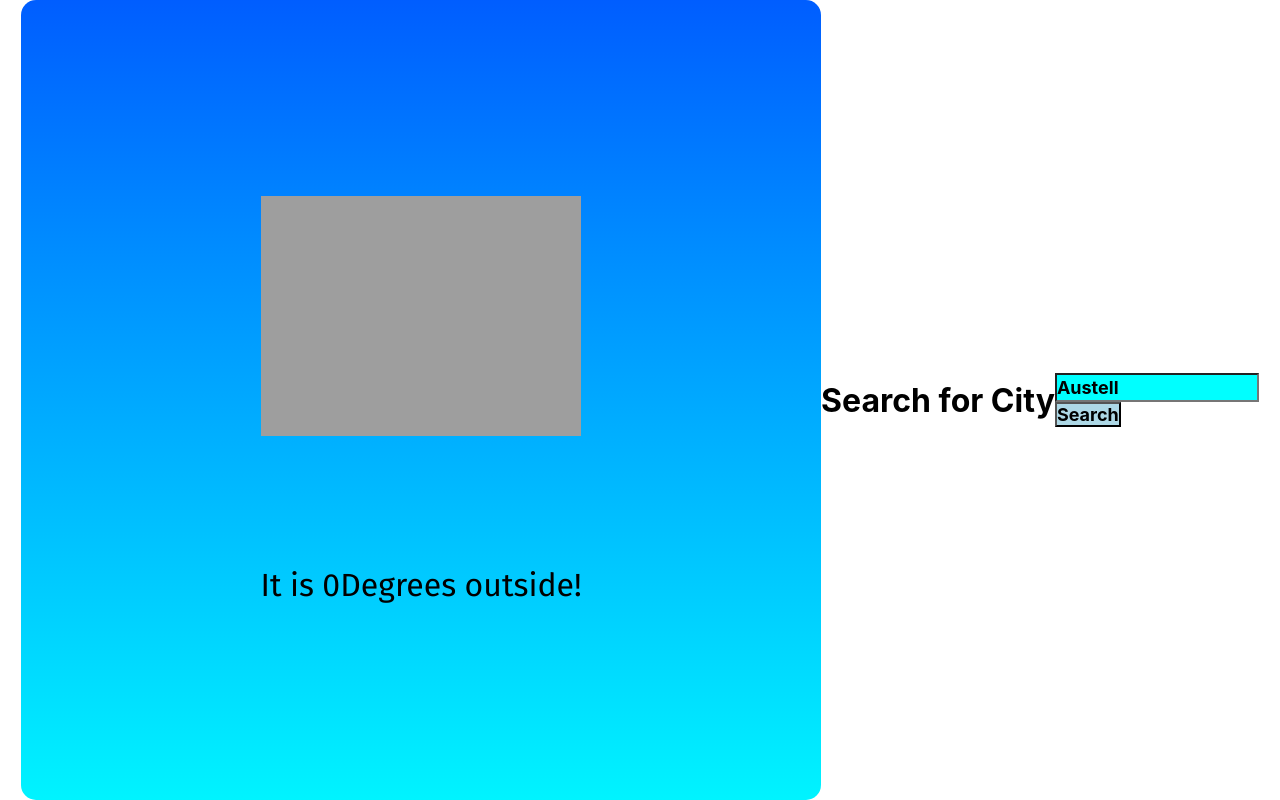
Repository: sayrilamar/chumsweatherapp
Page: /
These files come from the project's save history. The page is drawn as it stood at one moment and after the next save; the edit follows.
The browser window is 1280 px wide. The pictures show the whole page.
Pictures or frames that could not be fetched are drawn as grey boxes. The page's requests for data from a server got no answer. The project was rebuilt for these pictures with package versions that can differ from the ones it lists, and the page was loaded fresh each time. No one was signed in, and anything a server would have sent is missing.

Above is the page before, as saved 2020-04-19 08:26:50.

After the next save:
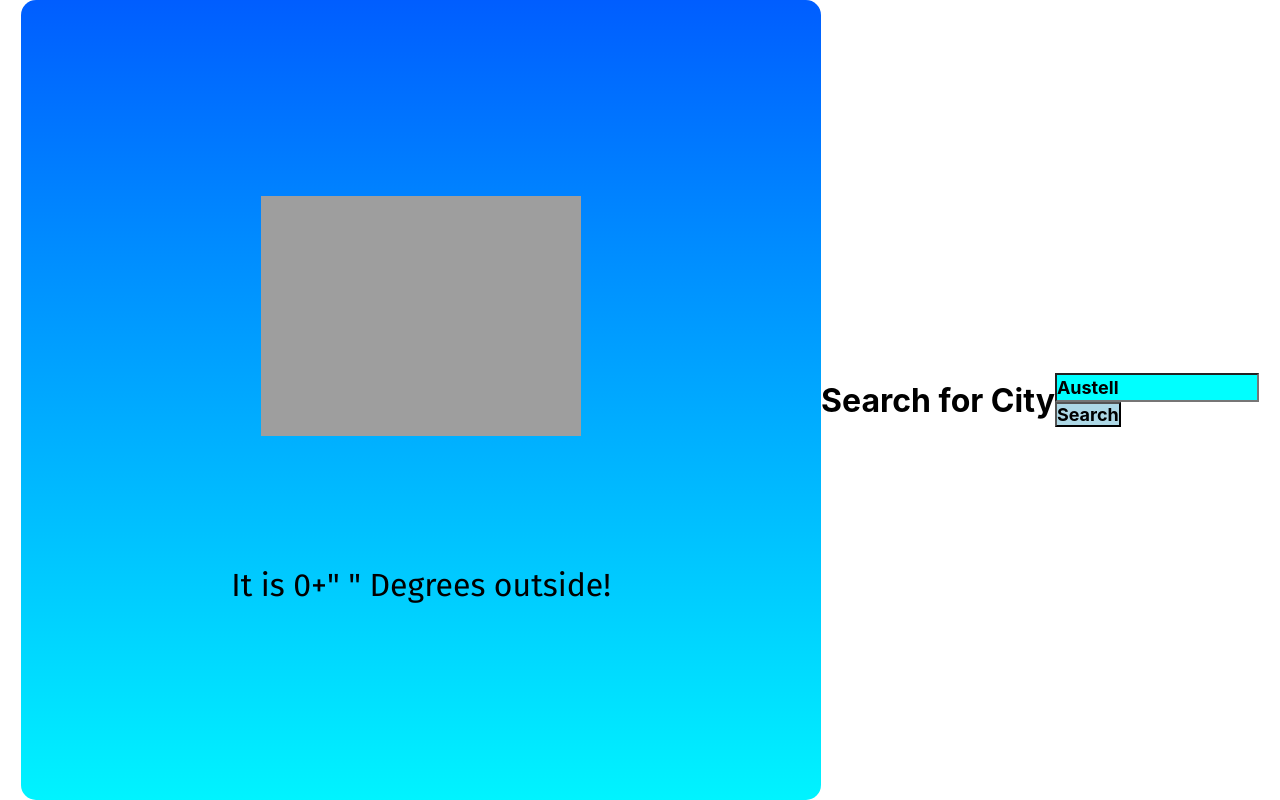
Saved 11 s later.
--- a/src/components/WeatherCard/Condition.js
+++ b/src/components/WeatherCard/Condition.js
@@ -15,10 +15,7 @@
 
   return (
     <Fragment>
-      <Temp>
-        It is {temp}
-        Degrees outside!
-      </Temp>
+      <Temp>It is {temp}+" " Degrees outside!</Temp>
       <State>{description}</State>
     </Fragment>
   );

After the save that followed:
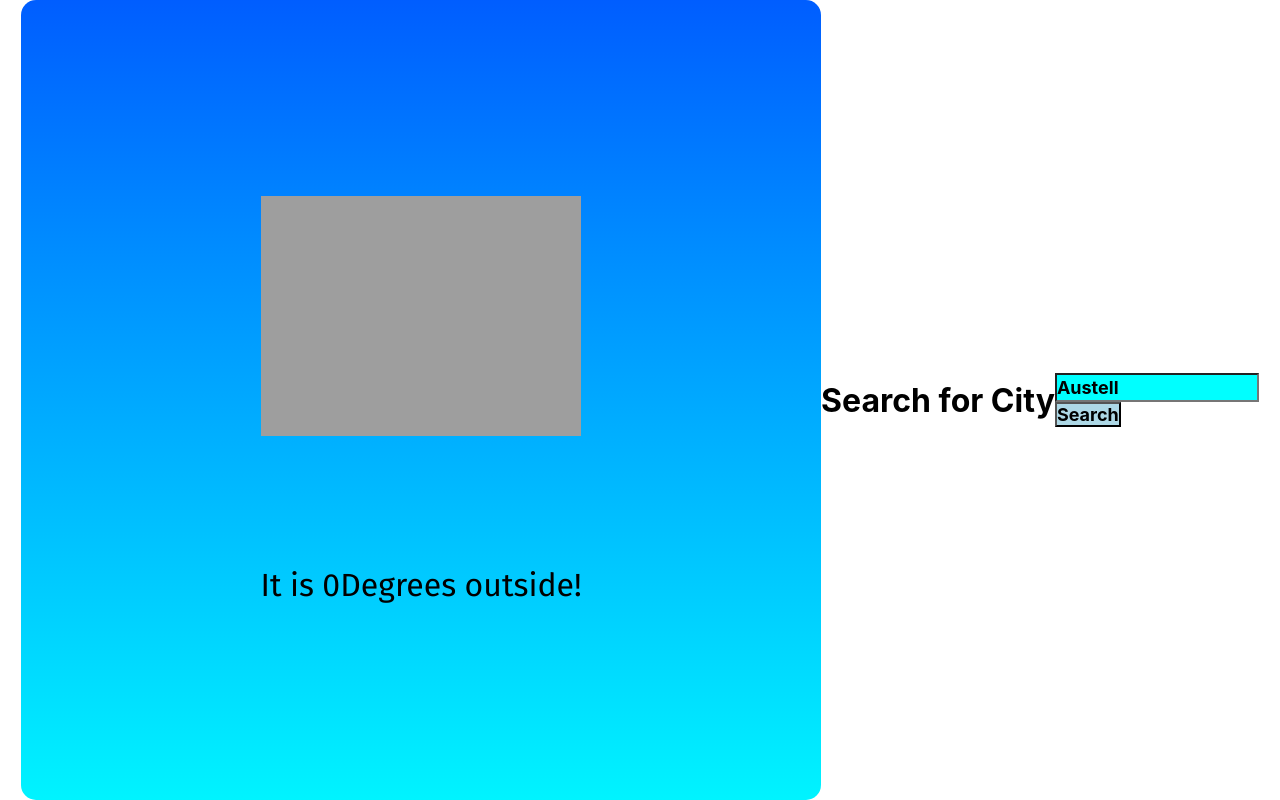
Saved 8 s later.
--- a/src/components/WeatherCard/Condition.js
+++ b/src/components/WeatherCard/Condition.js
@@ -15,7 +15,8 @@
 
   return (
     <Fragment>
-      <Temp>It is {temp}+" " Degrees outside!</Temp>
+      <Temp>It is {temp}
+        Degrees outside!</Temp>
       <State>{description}</State>
     </Fragment>
   );
